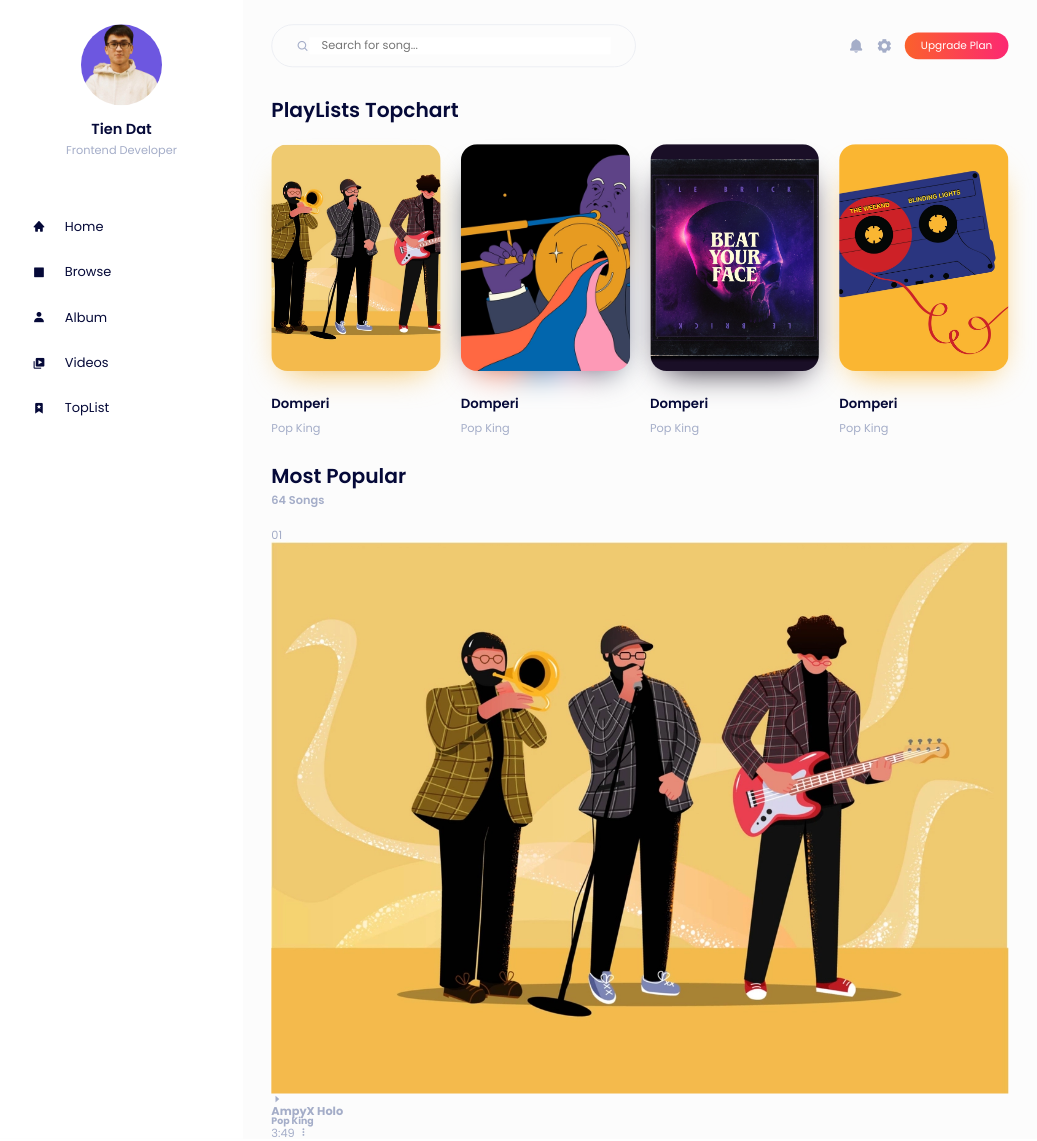
Repository: Datt21/music-webapp
Page: index.html
The author's editor kept a copy of each file at every save. The page is drawn from the files as they stood at one save, then again after the next save.
The browser window is 1280 px wide. The pictures show the whole page, at 81% of full size.
The style sheet was rebuilt from its Sass, Less or Tailwind sources for each picture, by a compiler version that may differ from the author's.

Above is the page before, as saved 2021-09-05 06:07:32.

### index.html
<!DOCTYPE html>
<html lang="en">
<head>
    <meta charset="UTF-8">
    <meta http-equiv="X-UA-Compatible" content="IE=edge">
    <meta name="viewport" content="width=device-width, initial-scale=1.0">
    <title>Music App</title>
    <!--------------- Icon ------------------->
    <link href='https://unpkg.com/boxicons@2.0.9/css/boxicons.min.css' rel='stylesheet'>

    <!-------------- Fonts ------------------>
    <link rel="preconnect" href="https://fonts.gstatic.com" />
    <link
      href="https://fonts.googleapis.com/css2?family=Poppins:wght@300;400;600;700&display=swap"
      rel="stylesheet"
    />

    <!--------------- Css -------------------->
    <link rel="stylesheet" href="./app.css">

</head>
<body>
    <div class="wrapper">
        <div class="sidebar">
            <div class="profile">
                <img src="./images/img-me.jpg" alt="" class="profile-avatar">
                <h3 class="profile-name">Tien Dat</h3>
                <span class="profile-position">Frontend Developer</span>
            </div>

            <ul class="menu">
                <li class="menu-item">
                    <a href="#" class="menu-link">
                        <i class='bx bxs-home menu-icon'></i><span>Home</span>
                    </a>
                </li>
                <li class="menu-item">
                    <a href="#" class="menu-link">
                        <i class='bx bxs-square menu-icon'></i><span>Browse</span>
                    </a>
                </li>
                <li class="menu-item">
                    <a href="#" class="menu-link">
                        <i class='bx bxs-user menu-icon'></i><span>Album</span>
                    </a>
                </li>
                <li class="menu-item">
                    <a href="#" class="menu-link">
                        <i class='bx bxs-videos menu-icon'></i><span>Videos</span>
                    </a>
                </li>
                <li class="menu-item">
                    <a href="#" class="menu-link">
                        <i class='bx bxs-bookmark-star menu-icon'></i><span>TopList</span>
                    </a>
                </li>
            </ul>
        </div>
        <!------ main ------>
        <div class="main">
            <!-- header -->
            <div class="header">
                <div class="search">
                    <i class='bx bx-search search-icon'></i>
                    <input type="text" inputmode="search"
                    placeholder="Search for song..."
                    class="search-input"/>
                </div>
                <div class="tool">
                    <i class='bx bxs-bell tool-icon'></i>
                    <i class='bx bxs-cog tool-icon' ></i>
                    <a href="#" class="tool-upgrade">Upgrade plan</a>
                </div>
            </div>
            <!-- end header -->
            <div class="block-box">
                <h2 class="heading">PlayLists Topchart</h2>
            </div>
            <!-- list -->
            <div class="billboard">
                <div class="billboard-item">
                    <div class="billboard-media">
                        <img src="./images/musicband.jpg" alt="" class="billboard-image">
                        <img src="./images/musicband.jpg" alt="" class="billboard-image-shadow">
                    </div>
                    <h3 class="billboard-title">Domperi</h3>
                    <a href="#" class="billboard-type">Pop King</a>
                </div>
                <div class="billboard-item">
                    <div class="billboard-media">
                        <img src="./images/single.jpg" alt="" class="billboard-image">
                        <img src="./images/single.jpg" alt="" class="billboard-image-shadow">
                    </div>
                    <h3 class="billboard-title">Domperi</h3>
                    <a href="#" class="billboard-type">Pop King</a>
                </div>
                <div class="billboard-item">
                    <div class="billboard-media">
                        <img src="./images/Beat.jpg" alt="" class="billboard-image">
                        <img src="./images/Beat.jpg" alt="" class="billboard-image-shadow">
                    </div>
                    <h3 class="billboard-title">Domperi</h3>
                    <a href="#" class="billboard-type">Pop King</a>
                </div>
                <div class="billboard-item">
                    <div class="billboard-media">
                        <img src="./images/diadon.jpg" alt="" class="billboard-image">
                        <img src="./images/diadon.jpg" alt="" class="billboard-image-shadow">
                    </div>
                    <h3 class="billboard-title title">Domperi</h3>
                    <a href="#" class="billboard-type type">Pop King</a>
                </div>


            </div>
            <!-- end list -->
            <!-- content -->
            <div class="content">
                <div class="content-item">
                    <div class="block-box">
                        <h2 class="heading">Most popular</h2>
                        <span class="count">64 Songs</span>
                    </div>

                    <div class="song-list">
                        <div class="song" data-index="0">
                            <span class="song-index">01</span>
                            <img src="./images/musicband.jpg" alt="" class="song-image">
                            <i class='bx bx-caret-right song-play' ></i>
                            <h4 class="song-title">AmpyX Holo</h4>
                            <h5 class="song-album">Pop King</h5>
                            <time class="song-time">3:49</time>
                            <i class='bx bx-dots-vertical-rounded'></i>
                        </div>
                    </div>
                </div>
            </div>
            <!-- end content -->


        </div>
        <!------ end main ------>
    </div>


    <!--========= JS =======-->
    <script src="./app.js"></script>
</body>
</html>

### app.scss
$gray: #050938;
$gray-light: #a4adc8;
$primary: #2b48d9;
$orange: #fb612c;
$red: #fc2872;

html {
    box-sizing: border-box;
}

* {
    margin: 0;
    padding: 0;
}

*,
*:before,
*:after {
    box-sizing: border-box;
}

input,
textarea,
select,
button {
    outline: none;
    font-family: "Poppins", sans-serif;
    font-size: 14px;
    line-height: normal;
}

label,
button {
    cursor: pointer;
}

a {
    text-decoration: none;
}

img {
    display: block;
    max-width: 100%;
}

ul {
    list-style: none;
}

body {
    font-family: "Poppins", sans-serif;
    font-size: 14px;
    line-height: 1;
    background-color: white;
    color: $gray-light;
    -webkit-font-smoothing: antialiased;
    -moz-osx-font-smoothing: grayscale;
    max-width: 1920px;
    margin: 0 auto;
}

.wrapper {
    display: grid;
    grid-template-columns: 300px 1fr;
    grid-gap: 0;
    background-color: #fcfcfc;
    min-height: 130vh;
}

.sidebar {
    padding: 30px;
    background-color: white;
}

.profile {
    text-align: center;
    margin-bottom: 70px;
    &-avatar {
        width: 100px;
        height: 100px;
        border-radius: 100rem;
        object-fit: cover;
        margin: 0 auto 20px;
        box-shadow: rgba(100, 100, 111, 0.2);
    }
    &-name {
        font-weight: 600;
        font-size: 18px;
        color: $gray;
        margin-bottom: 10px;
    }
}

.menu {
    &-item {
        margin-bottom: 20px;
    }
    &-link {
        display: flex;
        align-items: center;
        padding: 10px;
        color: $gray;
        font-size: 16px;
    }
    &-link:hover {
        color: $primary;
    }
    &-icon {
        width: 25px;
        margin-right: 15px;
    }
}

.main {
    padding: 30px 35px 0;
}

.header {
    display: flex;
    justify-content: space-between;
    align-items: center;
    margin-bottom: 40px;
}

.search {
    padding: 15px 30px;
    border: 1px solid #e9ebf2;
    border-radius: 100px;
    display: flex;
    align-items: center;
    width: 100%;
    max-width: 450px;
    &-icon {
        flex: 1;
        font-size: 16px;
    }
    &-input {
        border: 0;
        outline: none;
        width: 100%;
        padding: 0 15px;
    }
}

.tool {
    font-size: 20px;
    display: flex;
    align-items: center;
    &-icon {
        margin-right: 15px;
    }
    &-upgrade {
        display: inline-block;
        padding: 10px 20px;
        color: white;
        align-items: center;
        background-image: linear-gradient(to right, $orange, $red);
        border-radius: 50px;
        font-size: 13px;
        text-transform: capitalize;
    }
}

.block-box {
    margin-bottom: 30px;
}

.heading {
    font-size: 25px;
    color: $gray;
    margin-bottom: 10px;
    font-weight: 600;
    text-transform: capitalize;
}

.billboard {
    display: grid;
    grid-template-columns: repeat(4, 1fr);
    grid-gap: 25px;
    margin-bottom: 40px;
    &-media {
        position: relative;
    }
    &-image {
        width: 100%;
        height: 280px;
        object-fit: cover;
        margin-bottom: 30px;
        position: relative;
        z-index: 2;
        border-radius: 20px;
    }
    &-image-shadow {
        position: absolute;
        top: 20px;
        left: 0;
        filter: blur(24px);
        width: 100%;
        height: 100%;
        border-radius: 20px;
        transform: scale(0.85);
    }
    &-title {
        margin-bottom: 10px;
        color: $gray;
        font-weight: 600;
        text-transform: capitalize;
        display: -webkit-box;
        -webkit-line-clamp: 1;
        -webkit-box-orient: vertical;
        overflow: hidden;
        text-overflow: ellipsis;
        word-break: break-word;
        line-height: 1.4;
    }

    &-type {
        text-transform: capitalize;
        color: $gray-light;
    }
}

.count {
    font-weight: 600;
}

Loaded but not shown: app.js (no copy from this time; the picture is the same without it)

After the next save:
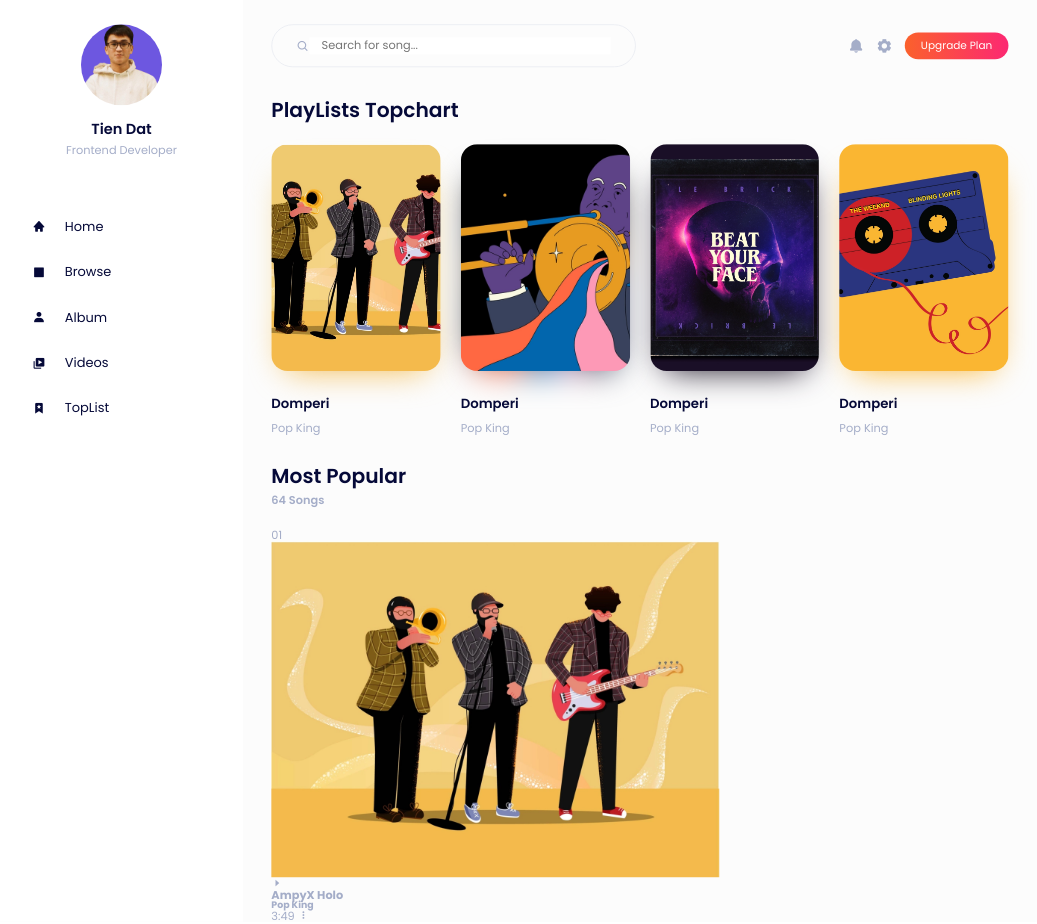
Saved 49 s later.
--- a/app.scss
+++ b/app.scss
@@ -223,3 +223,9 @@
 .count {
     font-weight: 600;
 }
+
+.content {
+    display: grid;
+    grid-template-columns: 2fr 1.2fr;
+    grid-gap: 25px;
+}
